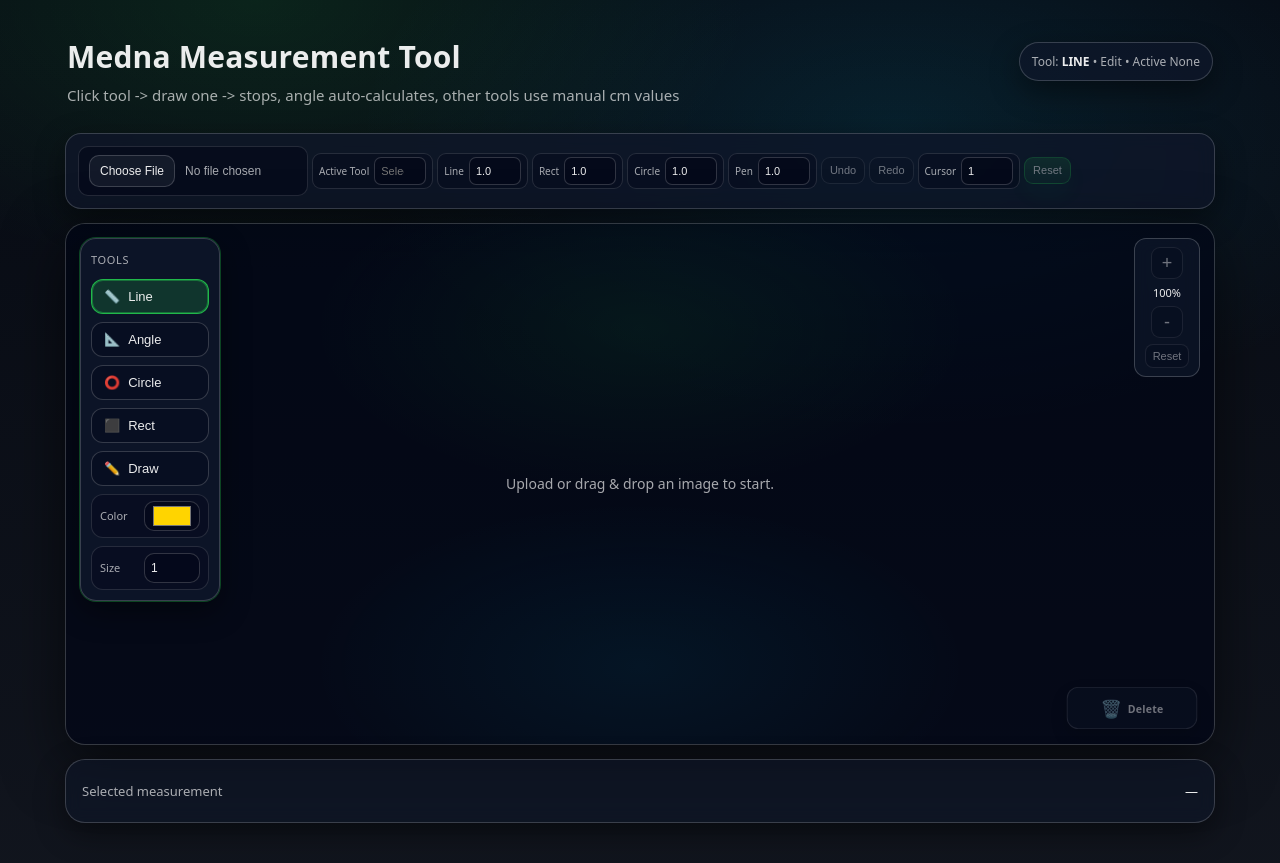
Repository: Sumaiya43/medna-tools
Page: /
These files come from the project's save history. The page is drawn as it stood at one moment and after a run of saves; the edit follows.
The browser window is 1280 px wide. The pictures show the whole page.
The project was rebuilt for these pictures with package versions that can differ from the ones it lists, and the page was loaded fresh each time. The framework's server and built-in components were replaced by stand-ins that run in the browser. Also part of the build but not shown: next.config.mjs.

Above is the page before, as saved 2026-02-27 01:07:35.

After the next 5 saves:
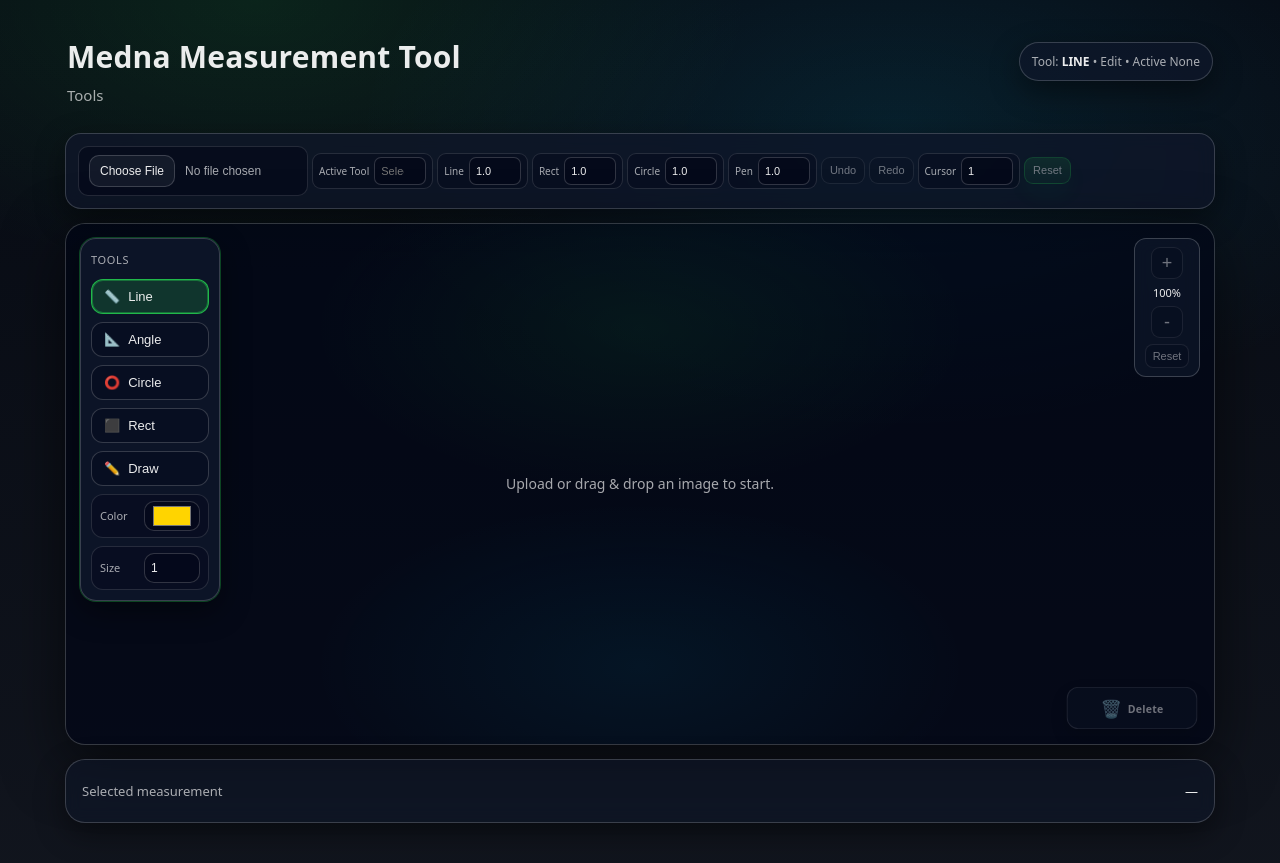
The 5 saves are shown as one change because they came seconds apart.
The last was saved 111 s later.
--- a/src/components/measurement-tool/MeasurementHeader/MeasurementHeader.jsx
+++ b/src/components/measurement-tool/MeasurementHeader/MeasurementHeader.jsx
@@ -6,8 +6,7 @@ export default function MeasurementHeader({ tool, armed, activeTypeName }) {
       <div>
         <h1 className={styles.title}>Medna Measurement Tool</h1>
         <p className={styles.subtitle}>
-          Click tool -&gt; draw one -&gt; stops, angle auto-calculates, other
-          tools use manual cm values
+          Tools
         </p>
       </div>
 
